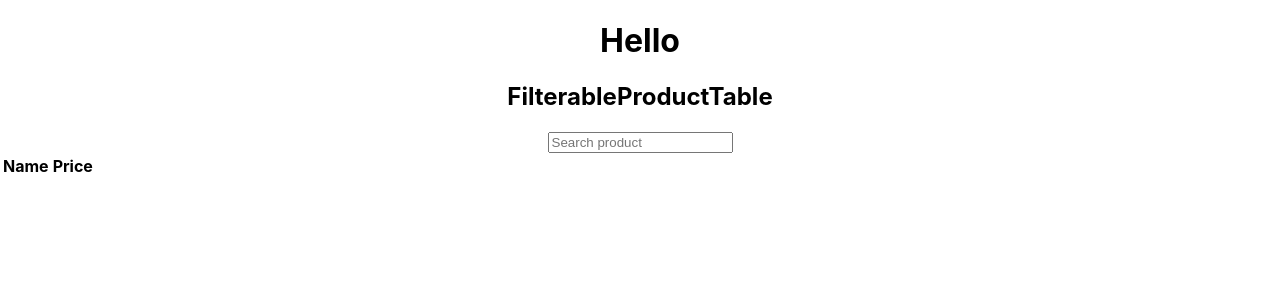
Repository: rezapurnamaa/product-category
Page: /
The author's editor kept a copy of each file at every save. The page is drawn from the files as they stood at one save, then again after the next save.
The browser window is 1280 px wide. The pictures show the whole page.
The project was rebuilt for these pictures with package versions that can differ from the ones it lists, and the page was loaded fresh each time.

Above is the page before, as saved 2023-06-23 01:04:19.

### src/App.js
import "./App.css";

function App() {
  return (
    <div className="App">
      <h1>Hello</h1>
      <FilterableProductTable />
    </div>
  );
}

export default App;

function FilterableProductTable() {
  return (
    <>
      <h2>FilterableProductTable</h2>
      <SearchBar />
      <ProductTable />
    </>
  );
}

function SearchBar() {
  return (
    <>
      <input type="text" placeholder="Search product" />
    </>
  );
}

function ProductTable() {
  return (
    <>
      <table>
        <tr>
          <th>Name</th>
          <th>Price</th>
        </tr>
      </table>
    </>
  );
}

function ProductCategoryRow() {}

function ProductRow() {}

Loaded but not shown: public/index.html (common file); src/index.js (common file); src/index.css (common file); src/reportWebVitals.js (common file); src/App.css (common file)

After the next save:
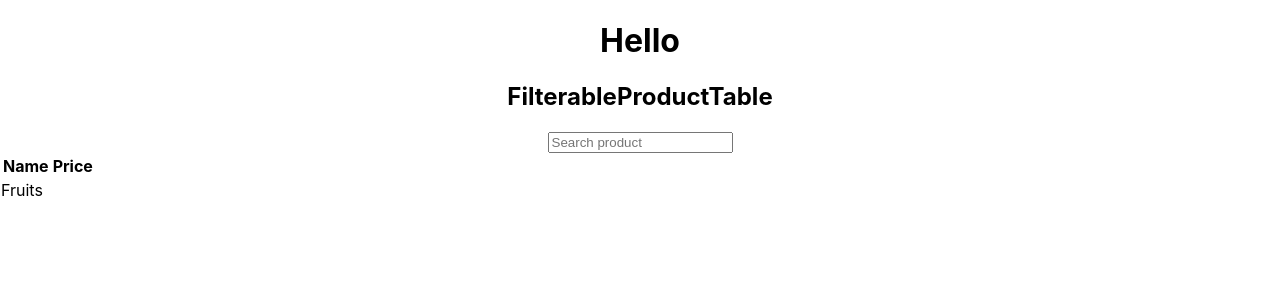
Saved 93 s later.
--- a/src/App.js
+++ b/src/App.js
@@ -38,10 +38,18 @@ function ProductTable() {
           <th>Price</th>
         </tr>
       </table>
+      <ProductCategoryRow />
     </>
   );
 }
 
-function ProductCategoryRow() {}
+function ProductCategoryRow() {
+  return (
+    <>
+      <td>Fruits</td>
+      <ProductRow />
+    </>
+  );
+}
 
 function ProductRow() {}
